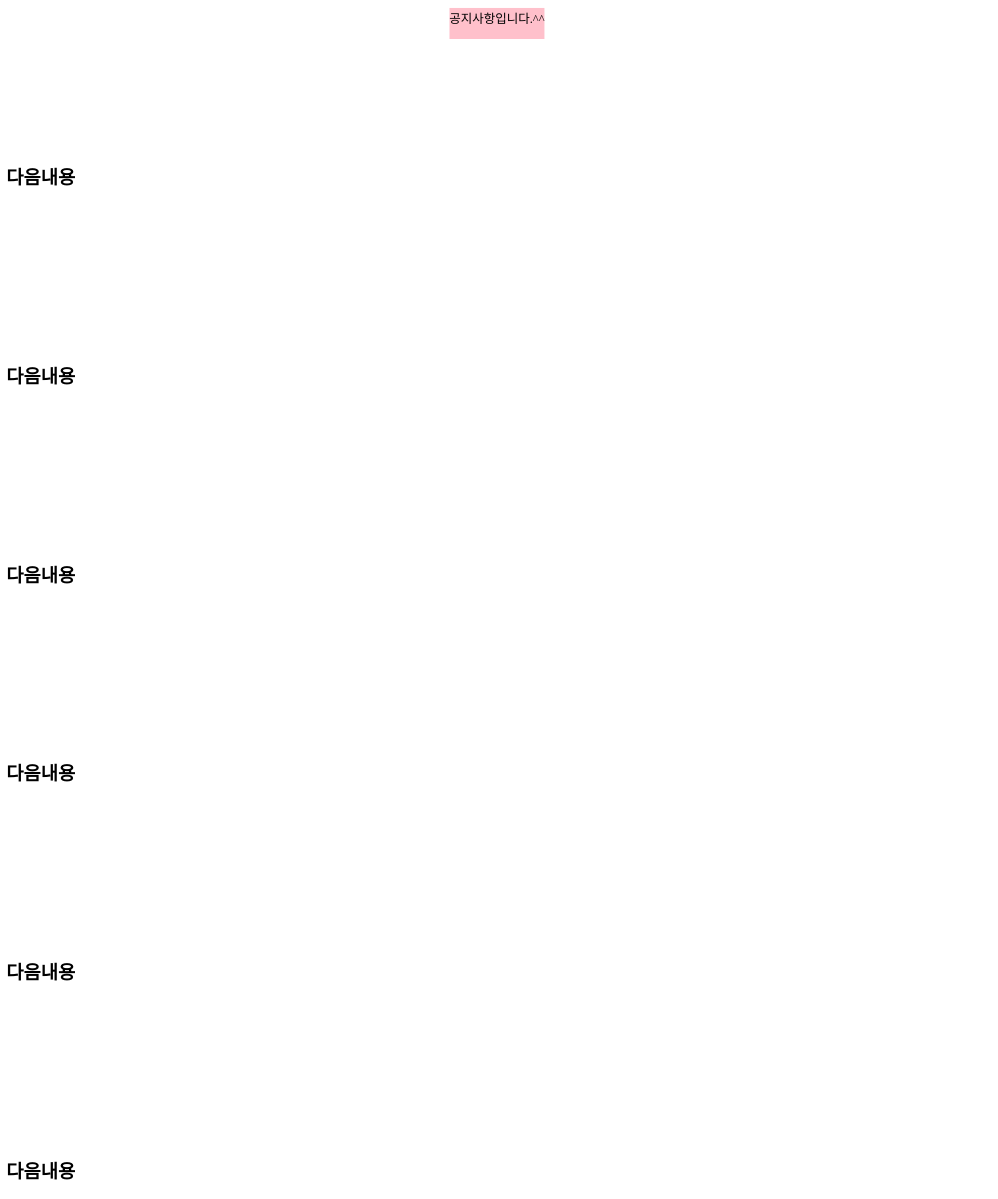
Repository: buildadoor/eclipse
Page: frontWeb/src/main/webapp/a05_cssHigh/a05_positionFixed.html
These files come from the project's save history. The page is drawn as it stood at one moment and after the next save; the edit follows.
The browser window is 1280 px wide. The pictures show the whole page, at 78% of full size.

Above is the page before, as saved 2022-11-10 02:17:57.

After the next save:
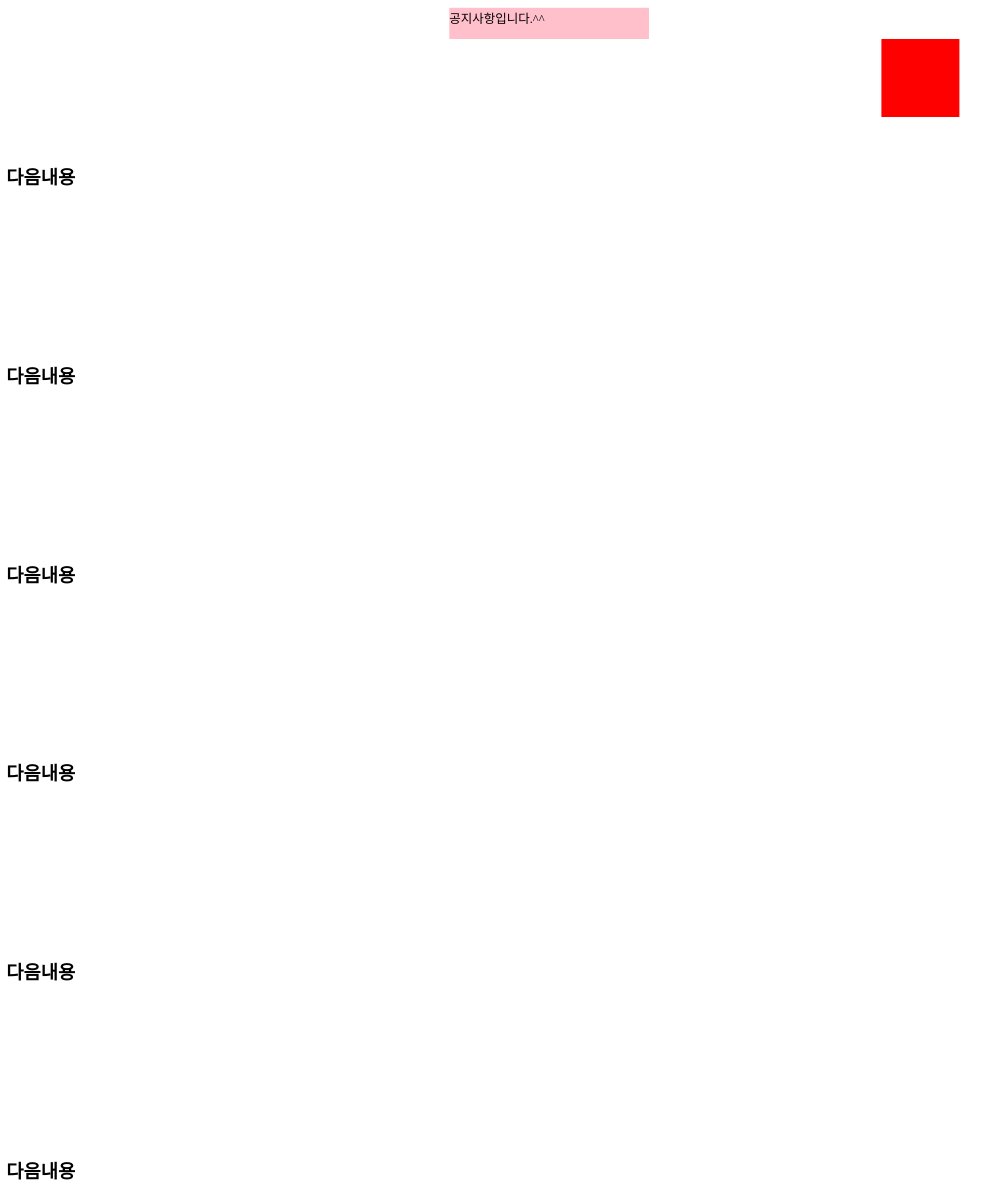
Saved 73 s later.
--- a/frontWeb/src/main/webapp/a05_cssHigh/a05_positionFixed.html
+++ b/frontWeb/src/main/webapp/a05_cssHigh/a05_positionFixed.html
@@ -23,14 +23,14 @@
 	#ann{
 		position:fixed;
 		top:10px;left:45%;
-		width:"10%";height:40px;
+		width:20%;height:40px;
 		background:pink;
 	}
 </style>
 </head>
 <body>
 	<div id="ann">공지사항입니다.^^</div>
-	<div id="#fixed"></div>
+	<div id="fixed"></div>
 	<br><br><br><br><br><br><br><br><br><br><h2>다음내용</h2>
 	<br><br><br><br><br><br><br><br><br><br><h2>다음내용</h2>
 	<br><br><br><br><br><br><br><br><br><br><h2>다음내용</h2>
